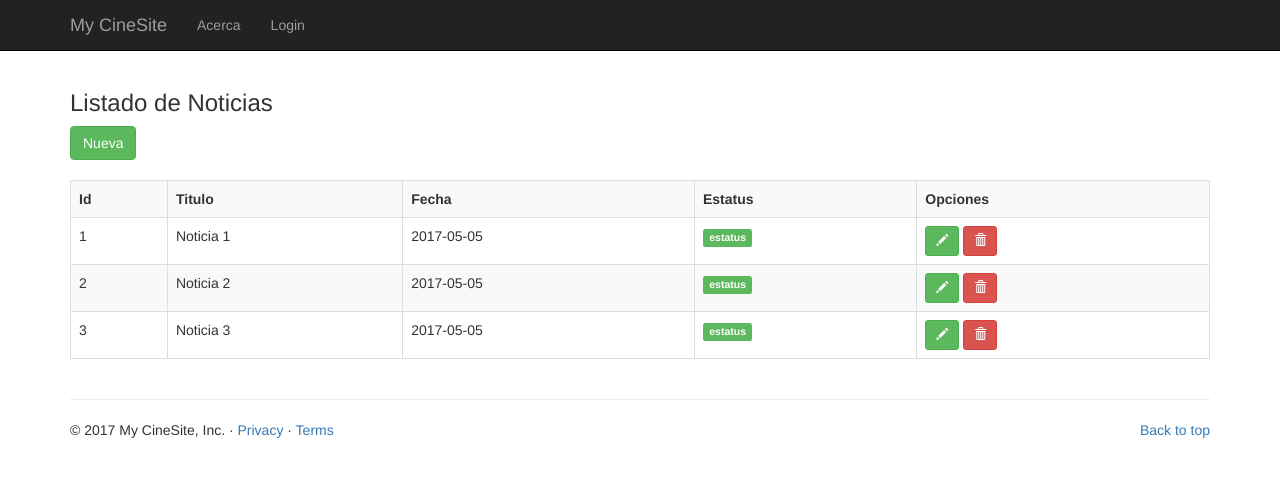
Repository: alejandroBravot/cineSpring
Page: http://localhost/cineapp/WEB-INF/views/noticias/listNoticias.jsp
The author's editor kept a copy of each file at every save. The page is drawn from the files as they stood at one save, then again after the next save.
The browser window is 1280 px wide. The pictures show the whole page.
The page is served by Tomcat 9. Nobody is signed in. Other server files are loaded and not shown. The template is opened directly, without the code that normally fills it, so the values that code supplies are empty.

Above is the page before, as saved 2020-03-30 17:39:31.

### cineapp/webapp/WEB-INF/views/noticias/listNoticias.jsp
<%@ page language="java" contentType="text/html; charset=ISO-8859-1"
	pageEncoding="ISO-8859-1"%>
<%@taglib uri="http://java.sun.com/jsp/jstl/core" prefix="c"%>
<%@taglib uri="http://java.sun.com/jsp/jstl/fmt" prefix="fmt"%>
<%@taglib uri="http://www.springframework.org/tags" prefix="spring"%>
<!DOCTYPE html>
<html lang="en">
  <head>
    <meta charset="utf-8">
    <meta http-equiv="X-UA-Compatible" content="IE=edge">
    <meta name="viewport" content="width=device-width, initial-scale=1">
    <meta name="description" content="">
    <meta name="author" content="">
    <title>Listado de Noticias</title>
    <spring:url value="/resources" var="urlPublic"></spring:url>
    <link href="${urlPublic}/bootstrap/css/bootstrap.min.css" rel="stylesheet">
    <link href="${urlPublic}/bootstrap/css/theme.css" rel="stylesheet">

  </head>

  <body>

    <!-- Fixed navbar -->
    <nav class="navbar navbar-inverse navbar-fixed-top">
      <div class="container">
        <div class="navbar-header">
          <button type="button" class="navbar-toggle collapsed" data-toggle="collapse" data-target="#navbar" aria-expanded="false" aria-controls="navbar">
            <span class="sr-only">Toggle navigation</span>
            <span class="icon-bar"></span>
            <span class="icon-bar"></span>
            <span class="icon-bar"></span>
          </button>
          <a class="navbar-brand" href="#">My CineSite</a>
        </div>
        <div id="navbar" class="navbar-collapse collapse">
          <ul class="nav navbar-nav">
            <li><a href="#">Acerca</a></li>
            <li><a href="#">Login</a></li>
          </ul>
        </div><!--/.nav-collapse -->
      </div>
    </nav>

    <div class="container theme-showcase" role="main">

      <h3>Listado de Noticias</h3>

      <a href="#" class="btn btn-success" role="button" title="Nueva Pelicula" >Nueva</a><br><br>

      <div class="table-responsive">
        <table class="table table-hover table-striped table-bordered">
            <tr>
                <th>Id</th>
                <th>Titulo</th>
                <th>Fecha</th>
                <th>Estatus</th>
                <th>Opciones</th>
            </tr>
            <tr>
                <td>1</td>
                <td>Noticia 1</td>
                <td>2017-05-05</td>
                <td><span class="label label-success">estatus</span></td>
                <td>
                    <a href="#" class="btn btn-success btn-sm" role="button" title="Edit" ><span class="glyphicon glyphicon-pencil"></span></a>
                    <a href="#" class="btn btn-danger btn-sm" role="button" title="Eliminar" ><span class="glyphicon glyphicon-trash"></span></a>
                </td>
            </tr>
            <tr>
                <td>2</td>
                <td>Noticia 2</td>
                <td>2017-05-05</td>
                <td><span class="label label-success">estatus</span></td>
                <td>
                    <a href="#" class="btn btn-success btn-sm" role="button" title="Edit" ><span class="glyphicon glyphicon-pencil"></span></a>
                    <a href="#" class="btn btn-danger btn-sm" role="button" title="Eliminar" ><span class="glyphicon glyphicon-trash"></span></a>
                </td>
            </tr>
            <tr>
                <td>3</td>
                <td>Noticia 3</td>
                <td>2017-05-05</td>
                <td><span class="label label-success">estatus</span></td>
                <td>
                    <a href="#" class="btn btn-success btn-sm" role="button" title="Edit" ><span class="glyphicon glyphicon-pencil"></span></a>
                    <a href="#" class="btn btn-danger btn-sm" role="button" title="Eliminar" ><span class="glyphicon glyphicon-trash"></span></a>
                </td>
            </tr>
        </table>
      </div>
      <hr class="featurette-divider">

      <!-- FOOTER -->
      <footer>
        <p class="pull-right"><a href="#">Back to top</a></p>
        <p>&copy; 2017 My CineSite, Inc. &middot; <a href="#">Privacy</a> &middot; <a href="#">Terms</a></p>
      </footer>

    </div> <!-- /container -->

    <!-- Bootstrap core JavaScript
    ================================================== -->
    <!-- Placed at the end of the document so the pages load faster -->
    <script src="https://ajax.googleapis.com/ajax/libs/jquery/1.12.4/jquery.min.js"></script>
    <script src="${urlPublic}/bootstrap/js/bootstrap.min.js"></script>
  </body>
</html>

### cineapp/webapp/WEB-INF/views/includes/menu.jsp
<%@ page language="java" contentType="text/html; charset=ISO-8859-1"
	pageEncoding="ISO-8859-1"%>
<%@taglib uri="http://java.sun.com/jsp/jstl/core" prefix="c"%>
<%@taglib uri="http://java.sun.com/jsp/jstl/fmt" prefix="fmt"%>
<%@taglib uri="http://www.springframework.org/tags" prefix="spring"%>
<!-- -----------------------MENU---------------------------------------------- -->
	<spring:url value="/" var="urlRoot"/>
	<nav class="navbar navbar-inverse navbar-fixed-top">
		<div class="container">
			<div class="navbar-header">
				<button type="button" class="navbar-toggle collapsed"
					data-toggle="collapse" data-target="#navbar" aria-expanded="false"
					aria-controls="navbar">
					<span class="sr-only">Toggle navigation</span> <span
						class="icon-bar"></span> <span class="icon-bar"></span> <span
						class="icon-bar"></span>
				</button>
				<a class="navbar-brand" href="${urlRoot}">Cine Alejandro</a>
			</div>
			<div id="navbar" class="navbar-collapse collapse">
				<ul class="nav navbar-nav">
					<li><a href="${urlRoot}peliculas/index">Peliculas</a></li>
					<li><a href="${urlRoot}banners/index">Banners</a></li>
					<li><a href="${urlRoot}acerca">Acerca</a></li>
					<li><a href="${urlRoot}horarios/indexPaginate?page=0">Horarios</a></li>
					<li><a href="${urlRoot}noticias/index">Noticias</a></li>
					<li><a href="#">Login</a></li>
				</ul>
			</div>
			<!--/.nav-collapse -->
		</div>
	</nav>

Loaded but not shown: cineapp/webapp/resources/bootstrap/css/bootstrap.min.css (library); cineapp/webapp/resources/bootstrap/css/theme.css (common file); cineapp/webapp/resources/bootstrap/js/bootstrap.min.js (library)

After the next save:
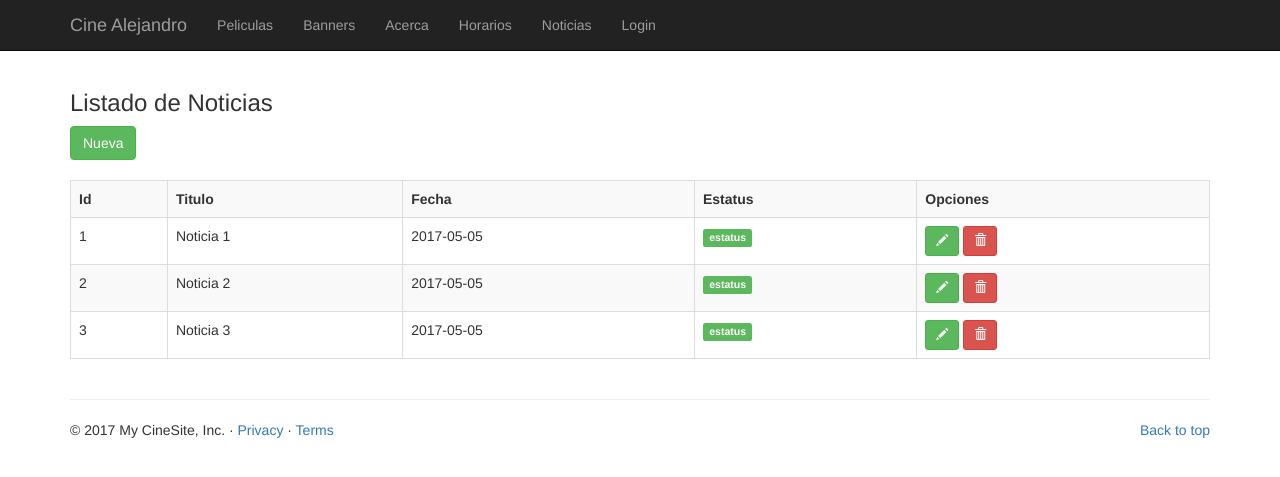
Saved 33 s later.
--- a/cineapp/webapp/WEB-INF/views/noticias/listNoticias.jsp
+++ b/cineapp/webapp/WEB-INF/views/noticias/listNoticias.jsp
@@ -20,26 +20,7 @@
 
   <body>
 
-    <!-- Fixed navbar -->
-    <nav class="navbar navbar-inverse navbar-fixed-top">
-      <div class="container">
-        <div class="navbar-header">
-          <button type="button" class="navbar-toggle collapsed" data-toggle="collapse" data-target="#navbar" aria-expanded="false" aria-controls="navbar">
-            <span class="sr-only">Toggle navigation</span>
-            <span class="icon-bar"></span>
-            <span class="icon-bar"></span>
-            <span class="icon-bar"></span>
-          </button>
-          <a class="navbar-brand" href="#">My CineSite</a>
-        </div>
-        <div id="navbar" class="navbar-collapse collapse">
-          <ul class="nav navbar-nav">
-            <li><a href="#">Acerca</a></li>
-            <li><a href="#">Login</a></li>
-          </ul>
-        </div><!--/.nav-collapse -->
-      </div>
-    </nav>
+   <jsp:include page="../includes/menu.jsp"></jsp:include>
 
     <div class="container theme-showcase" role="main">
 
